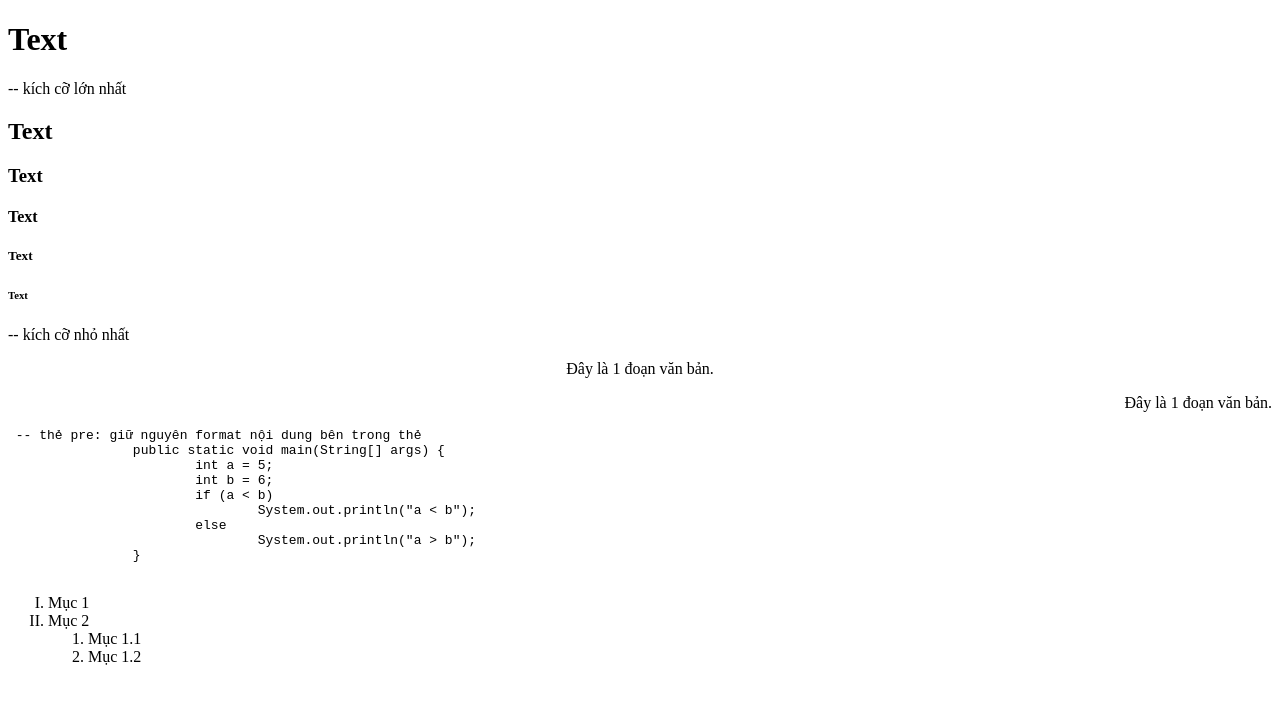
Repository: PhiKhongHoang/JSP-Servlet
Page: Bai2_HTML/src/main/webapp/vidu.html
An editor plug-in stored every save of this project. The page is shown before and after the next save, followed by the edit.
The browser window is 1280 px wide. The pictures show the whole page.

Above is the page before, as saved 2024-02-16 08:37:10.

### Bai2_HTML/src/main/webapp/vidu.html
<!DOCTYPE html>
<html>
<head>
<meta charset="UTF-8">
<title>Insert title here</title>
</head>
<body>
	<h1>Text</h1>
	-- kích cỡ lớn nhất
	<h2>Text</h2>
	<h3>Text</h3>
	<h4>Text</h4>
	<h5>Text</h5>
	<h6>Text</h6>
	-- kích cỡ nhỏ nhất

	<p align="center">Đây là 1 đoạn văn bản.</p>
	<p align="right">Đây là 1 đoạn văn bản.</p>

	<pre> -- thẻ pre: giữ nguyên format nội dung bên trong thẻ
		public static void main(String[] args) {
			int a = 5;
			int b = 6;
			if (a &lt; b)
				System.out.println("a &lt; b");
			else
				System.out.println("a &gt; b");
		}
	</pre>

	<!-- List
		ol: order list: list có thứ tự
		ul: unorder list: list không có thứ tự
	 -->
	 <ol type="I">
	 	<li>Mục 1</li>
	 	<li>Mục 2
	 		<ol>
	 			<li>Mục 1.1</li>
	 			<li>Mục 1.2</li>
	 		</ol>
	 	</li>
	 </ol>


</body>
</html>

After the next save:
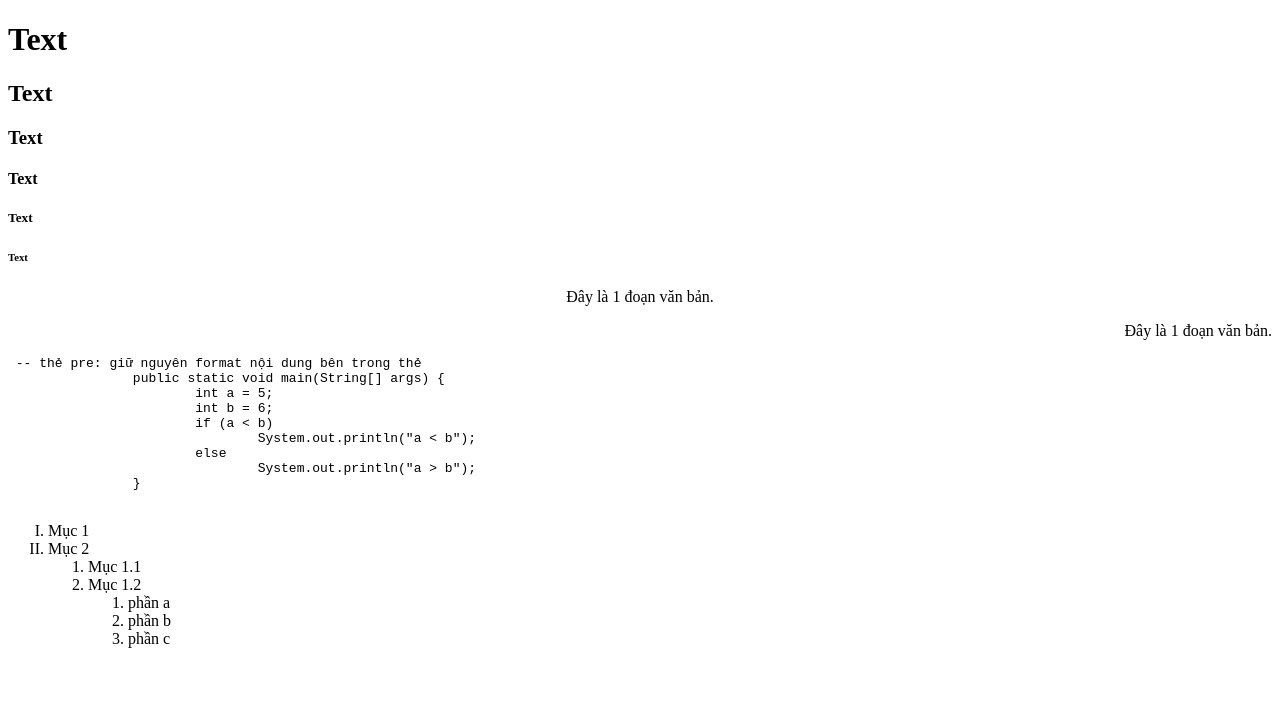
Saved 2 min 1 s later.
--- a/Bai2_HTML/src/main/webapp/vidu.html
+++ b/Bai2_HTML/src/main/webapp/vidu.html
@@ -6,13 +6,13 @@
 </head>
 <body>
 	<h1>Text</h1>
-	-- kích cỡ lớn nhất
+	<!-- kích cỡ lớn nhất -->
 	<h2>Text</h2>
 	<h3>Text</h3>
 	<h4>Text</h4>
 	<h5>Text</h5>
 	<h6>Text</h6>
-	-- kích cỡ nhỏ nhất
+	<!-- kích cỡ nhỏ nhất -->
 
 	<p align="center">Đây là 1 đoạn văn bản.</p>
 	<p align="right">Đây là 1 đoạn văn bản.</p>
@@ -37,7 +37,13 @@
 	 	<li>Mục 2
 	 		<ol>
 	 			<li>Mục 1.1</li>
-	 			<li>Mục 1.2</li>
+	 			<li>Mục 1.2
+	 				<ol>
+	 					<li>phần a</li>
+	 					<li>phần b</li>
+	 					<li>phần c</li>
+	 				</ol>
+	 			</li>
 	 		</ol>
 	 	</li>
 	 </ol>
